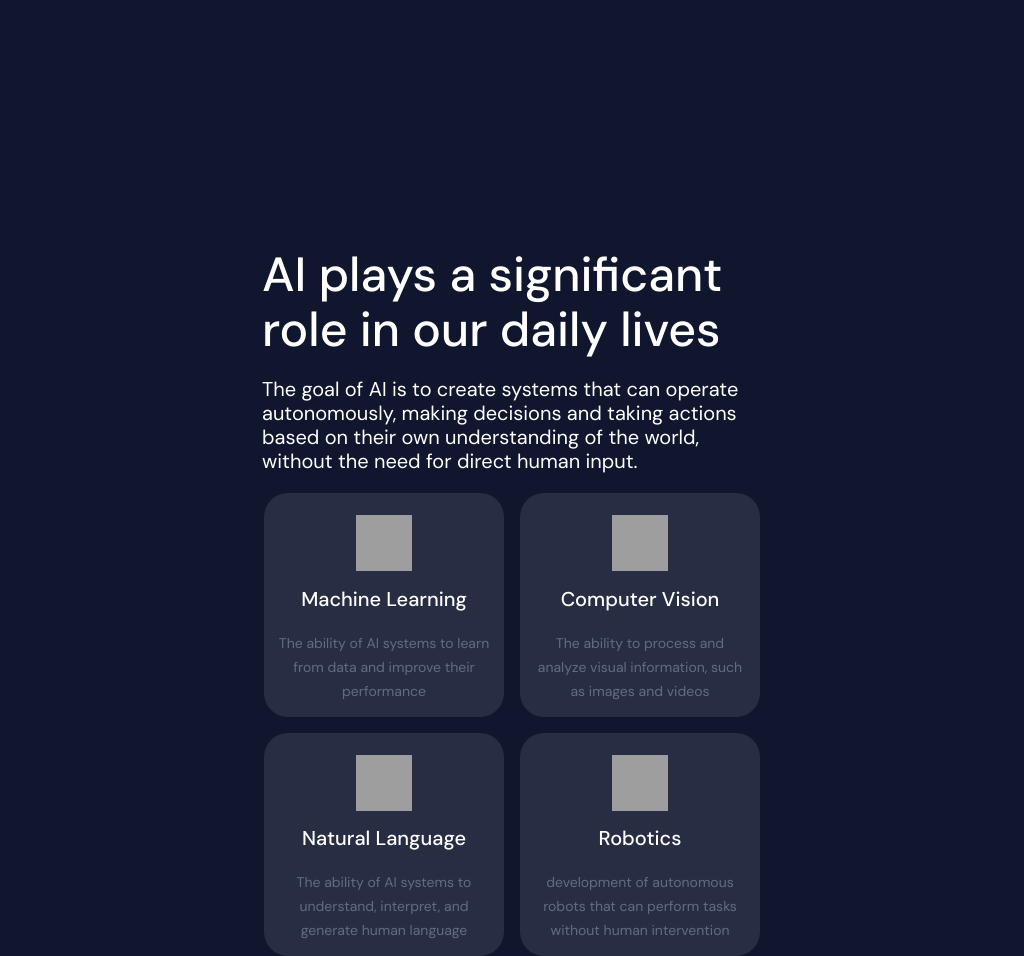
Repository: guli95/four-areas-of-AI-INVO-ACAdemy
Page: /
These files come from the project's save history. The page is drawn as it stood at one moment and after the next save; the edit follows.
The browser window is 1024 px wide. The pictures show the whole page.
Pictures or frames that could not be fetched are drawn as grey boxes. The project was rebuilt for these pictures with package versions that can differ from the ones it lists, and the page was loaded fresh each time.

Above is the page before, as saved 2023-03-13 16:03:00.

### index.html
<!DOCTYPE html>
<html lang="en">

<head>
  <meta charset="UTF-8" />
  <link rel="icon" type="image/svg+xml" href="/vite.svg" />
  <meta name="viewport" content="width=device-width, initial-scale=1.0" />
  <title>Four AI areas</title>
</head>

<!-- In order to start your challenge, remove all the content inside <div id="home-page"></div> and start coding :) -->

<body>
  <div id="home-page">
    <div class="flexbox-container">
      <div class="heading-wrapper">
        <h1 class="heading-title">AI plays a significant role in our daily lives</h1>
        <p class="heading-text">The goal of AI is to create systems that can operate autonomously, making decisions and taking actions based on their own understanding of the world, without the need for direct human input.</p>
      </div>
      <div class="card-container">
        <a href="" class="card-link">
        <div class="card">
          <img src="./public/images/card-icon1.png" alt="" class="card-img" role="presentation">
          <h3 class="card-title">Machine Learning</h3>
          <p class="card-text">The ability of AI systems to learn from data and improve their performance</p>
        </div>
        </a>
        <a href="" class="card-link">
        <div class="card">
          <img src="./public/images/card-icon2.png" alt="" class="card-img" role="presentation">
          <h3 class="card-title">Computer Vision</h3>
          <p class="card-text">The ability to process and analyze visual information, such as images and videos</p>
        </div>
        </a>
        <a href="" class="card-link">
        <div class="card">
          <img src="./public/images/card-icon3.png" alt="" class="card-img" role="presentation">
          <h3 class="card-title">Natural Language</h3>
          <p class="card-text">The ability of AI systems to understand, interpret, and generate human language</p>
        </div>
        </a>
        <a href="" class="card-link">
        <div class="card">
          <img src="./public/images/card-icon4.png" alt="" class="card-img" role="presentation">
          <h3 class="card-title">Robotics</h3>
          <p class="card-text">development of autonomous robots that can perform tasks without human intervention</p>
        </div>
        </a>
      </div>
    </div>
  </div>

  <script type="module" src="/src/global-scripts/main.js"></script>
</body>

</html>

### src/global-scripts/main.js
/// Main JavaScript File
/// Here we import all the global JavaScript files we need for our project.

import "../global-styles/style.scss";
import "../../src/pages/home-page/styles/home-page.scss";

### src/global-styles/style.scss
/// Main Styles File
/// Here we import all the global Styles files we need for our project.

@import "styles/normalize.scss";
@import "styles/root.scss";
@import "styles/fonts.scss";

body {
  font-family: 'DS sans', sans-serif;
  color: var(--color-primary);
}

p {
  color: var(--color-on-surface);
}

### src/pages/home-page/styles/home-page.scss
/// Homepage Styles File
/// Here we import all the Styles files we need for our Homepage.
@import '../../../global-styles/styles/_root.scss';

#home-page{
    color: var(--color-white);
    font-family: 'DM Sans',sans-serif;
    height: 100%;

 .flexbox-container{
    max-width: 1440px;
    padding: 0 20px;
    display: flex;
    justify-content: center;
    margin: 160px auto 0 auto;
    gap: 0px;
    @media screen and (max-width:1191px) {
        flex-direction:column;
        align-items: center;
        margin-top: 247px;
    }
    @media screen and (max-width:480px) {
        padding: 48px 16px;
    }
    .heading-wrapper{
        font-family: "DM Sans", sans-serif;
        text-align: left ;
        vertical-align: top;
        max-width: 480px;
        padding-left: 30px;
        padding-right: 60px;
        @media screen and (max-width:1191px) {
            width: 100%;
            padding: 0 14px;
            max-width: 500px;
        }
        .heading-title{
            font-size: var(--text-xl);
            font-weight: 500;
            line-height: 115%;
            letter-spacing: 0.2%;
            margin: 0 0 24px 0;
            @media screen and (max-width:1191px) {
                margin-bottom: 10px;

            }
            @media screen and (max-width:480px) {
                font-size: var(--text-l);
            }
        }
        .heading-text{
            font-size: var(--text-m);
            line-height: 24px;
            font-weight: 300;

        }
        @media screen and (max-width:480px) {
            font-size: var(--text-s);
        }
    }
    .card-container{
        display: flex;
        justify-content: center;
        flex-wrap: wrap;
        gap: 24px;
        max-width: 620px;
        @media screen and (max-width:1191px) {
            width: 100%;
            gap:16px;
            max-width: 500px;
        }
        .card-link{
            display: flex;
            color: var(--color-white);
            text-decoration: none;
            flex-direction: column;
            // justify-content: space-evenly;
            align-items: center;
            max-width: 240px;
            max-width: 250px;
            min-height: 200px;
            padding: 22px 10px;
            background-color:var(--color-secondary-grey);
            text-align: center;
            border-radius: var(--rounding-big);
            transition: .2s;
            &:hover{
                background-color: lighten($color: #272D42, $amount: 10) ;
            }
            @media screen and (max-width:1191px) {
                max-width: 220px;
                padding-bottom: 0;
                justify-content: flex-start;
            }
            @media screen and (max-width:480px) {
                width: 100%;
                min-height:auto;
            }
            .card-img{
                width: 64px;
                height: 64px;
                @media screen and (max-width:1024px) {
                    width: 56px;
                    height: 56px;
                }
            }
            .card-title{
                font-size: var(--text-m);
                font-weight: 500;
                margin-top: 12px;
            }
            .card-text{
                font-size: var(--text-s);
                mix-blend-mode:soft-light;
                line-height: 24px;
                @media screen and (max-width:1024px) {
                    font-size: var(--text-xs);
                }
            }
        }

    }
}

}

### src/global-styles/styles/normalize.scss
/*! normalize.css v8.0.1 | MIT License | github.com/necolas/normalize.css */

/* Document
   ========================================================================== */

/**
 * 1. Correct the line height in all browsers.
 * 2. Prevent adjustments of font size after orientation changes in iOS.
 */

html {
  line-height: 1.15; /* 1 */
  -webkit-text-size-adjust: 100%; /* 2 */
  background-color: var(--color-primary-dark-blue);
}

/* Sections
   ========================================================================== */

/**
 * Remove the margin in all browsers.
 */

body {
  margin: 0;
}

/**
 * Render the `main` element consistently in IE.
 */

main {
  display: block;
}

/**
 * Correct the font size and margin on `h1` elements within `section` and
 * `article` contexts in Chrome, Firefox, and Safari.
 */

h1 {
  font-size: 2em;
  margin: 0.67em 0;
}

/* Grouping content
   ========================================================================== */

/**
 * 1. Add the correct box sizing in Firefox.
 * 2. Show the overflow in Edge and IE.
 */

hr {
  box-sizing: content-box; /* 1 */
  height: 0; /* 1 */
  overflow: visible; /* 2 */
}

/**
 * 1. Correct the inheritance and scaling of font size in all browsers.
 * 2. Correct the odd `em` font sizing in all browsers.
 */

pre {
  font-family: monospace, monospace; /* 1 */
  font-size: 1em; /* 2 */
}

/* Text-level semantics
   ========================================================================== */

/**
 * Remove the gray background on active links in IE 10.
 */

a {
  background-color: transparent;
}

/**
 * 1. Remove the bottom border in Chrome 57-
 * 2. Add the correct text decoration in Chrome, Edge, IE, Opera, and Safari.
 */

abbr[title] {
  border-bottom: none; /* 1 */
  text-decoration: underline; /* 2 */
  text-decoration: underline dotted; /* 2 */
}

/**
 * Add the correct font weight in Chrome, Edge, and Safari.
 */

b,
strong {
  font-weight: bolder;
}

/**
 * 1. Correct the inheritance and scaling of font size in all browsers.
 * 2. Correct the odd `em` font sizing in all browsers.
 */

code,
kbd,
samp {
  font-family: monospace, monospace; /* 1 */
  font-size: 1em; /* 2 */
}

/**
 * Add the correct font size in all browsers.
 */

small {
  font-size: 80%;
}

/**
 * Prevent `sub` and `sup` elements from affecting the line height in
 * all browsers.
 */

sub,
sup {
  font-size: 75%;
  line-height: 0;
  position: relative;
  vertical-align: baseline;
}

sub {
  bottom: -0.25em;
}

sup {
  top: -0.5em;
}

/* Embedded content
   ========================================================================== */

/**
 * Remove the border on images inside links in IE 10.
 */

img {
  border-style: none;
}

/* Forms
   ========================================================================== */

/**
 * 1. Change the font styles in all browsers.
 * 2. Remove the margin in Firefox and Safari.
 */

button,
input,
optgroup,
select,
textarea {
  font-family: inherit; /* 1 */
  font-size: 100%; /* 1 */
  line-height: 1.15; /* 1 */
  margin: 0; /* 2 */
}

/**
 * Show the overflow in IE.
 * 1. Show the overflow in Edge.
 */

button,
input { /* 1 */
  overflow: visible;
}

/**
 * Remove the inheritance of text transform in Edge, Firefox, and IE.
 * 1. Remove the inheritance of text transform in Firefox.
 */

button,
select { /* 1 */
  text-transform: none;
}

/**
 * Correct the inability to style clickable types in iOS and Safari.
 */

button,
[type="button"],
[type="reset"],
[type="submit"] {
  -webkit-appearance: button;
}

/**
 * Remove the inner border and padding in Firefox.
 */

button::-moz-focus-inner,
[type="button"]::-moz-focus-inner,
[type="reset"]::-moz-focus-inner,
[type="submit"]::-moz-focus-inner {
  border-style: none;
  padding: 0;
}

/**
 * Restore the focus styles unset by the previous rule.
 */

button:-moz-focusring,
[type="button"]:-moz-focusring,
[type="reset"]:-moz-focusring,
[type="submit"]:-moz-focusring {
  outline: 1px dotted ButtonText;
}

/**
 * Correct the padding in Firefox.
 */

fieldset {
  padding: 0.35em 0.75em 0.625em;
}

/**
 * 1. Correct the text wrapping in Edge and IE.
 * 2. Correct the color inheritance from `fieldset` elements in IE.
 * 3. Remove the padding so developers are not caught out when they zero out
 *    `fieldset` elements in all browsers.
 */

legend {
  box-sizing: border-box; /* 1 */
  color: inherit; /* 2 */
  display: table; /* 1 */
  max-width: 100%; /* 1 */
  padding: 0; /* 3 */
  white-space: normal; /* 1 */
}

/**
 * Add the correct vertical alignment in Chrome, Firefox, and Opera.
 */

progress {
  vertical-align: baseline;
}

/**
 * Remove the default vertical scrollbar in IE 10+.
 */

textarea {
  overflow: auto;
}

/**
 * 1. Add the correct box sizing in IE 10.
 * 2. Remove the padding in IE 10.
 */

[type="checkbox"],
[type="radio"] {
  box-sizing: border-box; /* 1 */
  padding: 0; /* 2 */
}

/**
 * Correct the cursor style of increment and decrement buttons in Chrome.
 */

[type="number"]::-webkit-inner-spin-button,
[type="number"]::-webkit-outer-spin-button {
  height: auto;
}

/**
 * 1. Correct the odd appearance in Chrome and Safari.
 * 2. Correct the outline style in Safari.
 */

[type="search"] {
  -webkit-appearance: textfield; /* 1 */
  outline-offset: -2px; /* 2 */
}

/**
 * Remove the inner padding in Chrome and Safari on macOS.
 */

[type="search"]::-webkit-search-decoration {
  -webkit-appearance: none;
}

/**
 * 1. Correct the inability to style clickable types in iOS and Safari.
 * 2. Change font properties to `inherit` in Safari.
 */

::-webkit-file-upload-button {
  -webkit-appearance: button; /* 1 */
  font: inherit; /* 2 */
}

/* Interactive
   ========================================================================== */

/*
 * Add the correct display in Edge, IE 10+, and Firefox.
 */

details {
  display: block;
}

/*
 * Add the correct display in all browsers.
 */

summary {
  display: list-item;
}

/* Misc
   ========================================================================== */

/**
 * Add the correct display in IE 10+.
 */

template {
  display: none;
}

/**
 * Add the correct display in IE 10.
 */

[hidden] {
  display: none;
}

### src/global-styles/styles/root.scss
/// Root Styles file
/// Here we define all the root variables we need for our project.
/// For examples see Material Design color system: https://m2.material.io/design/color/the-color-system.html

:root {
    $--color-primary-dark-blue: #0F162D !global;
    --color-primary-pink: #CA59FF;
    --color-primary-purple: #6C7CFF;
    --color-primary-green: #2AFFFF;
    --color-primary-yellow: #FFF629;
    --color-white: #FFFFFF;
    --color-black: #000;
    --color-secondary-grey:#272D42;

}

### src/global-styles/styles/fonts.scss
/// Main Fonts File
/// Here we import all the fonts files we need for our project.

@import url('https://fonts.googleapis.com/css2?family=Roboto:ital,wght@0,100;0,300;0,400;0,500;0,700;0,900;1,100;1,300;1,400;1,500;1,700;1,900&display=swap');
@import url('https://fonts.googleapis.com/css2?family=DM+Sans:wght@400;500&display=swap');

### src/global-styles/styles/_root.scss
/// Root Styles file
/// Here we define all the root variables we need for our project.
/// For examples see Material Design color system: https://m2.material.io/design/color/the-color-system.html

:root {
    //colors
    --color-primary-dark-blue: #0F162D ;
    --color-primary-pink: #CA59FF;
    --color-primary-purple: #6C7CFF;
    --color-primary-green: #2AFFFF;
    --color-primary-yellow: #FFF629;
    --color-white: #FFFFFF;
    --color-black: #000;
    --color-secondary-grey:#272D42;

    //font-size
    --text-xl:48px;
    --text-l:32px;
    --text-m:20px;
    --text-s:16px;
    --text-xs:14px;

    //rounding
    --rounding-big:24px;
    --rounding-small:16px;
}

After the next save:
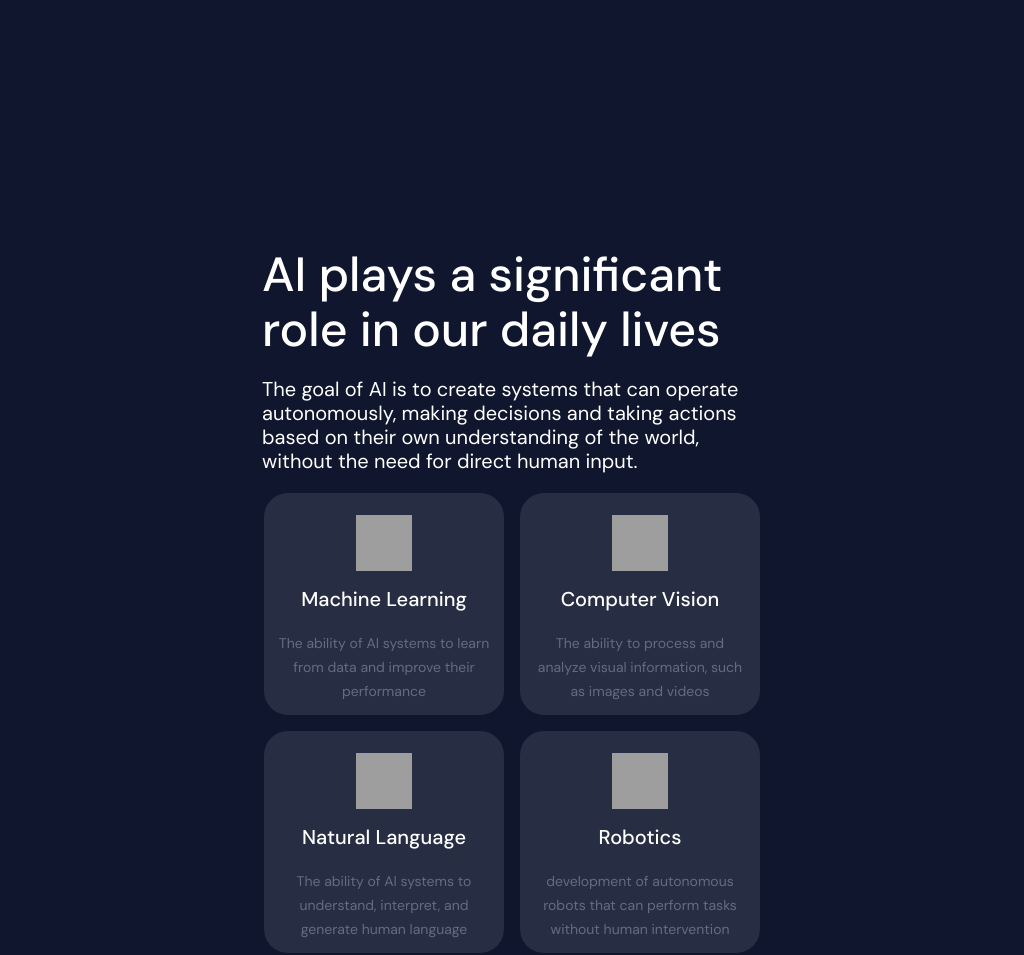
Saved 41 s later.
--- a/src/pages/home-page/styles/home-page.scss
+++ b/src/pages/home-page/styles/home-page.scss
@@ -74,7 +74,6 @@
             color: var(--color-white);
             text-decoration: none;
             flex-direction: column;
-            // justify-content: space-evenly;
             align-items: center;
             max-width: 240px;
             max-width: 250px;
@@ -91,6 +90,7 @@
                 max-width: 220px;
                 padding-bottom: 0;
                 justify-content: flex-start;
+                max-height: 200px;
             }
             @media screen and (max-width:480px) {
                 width: 100%;

After the save that followed:
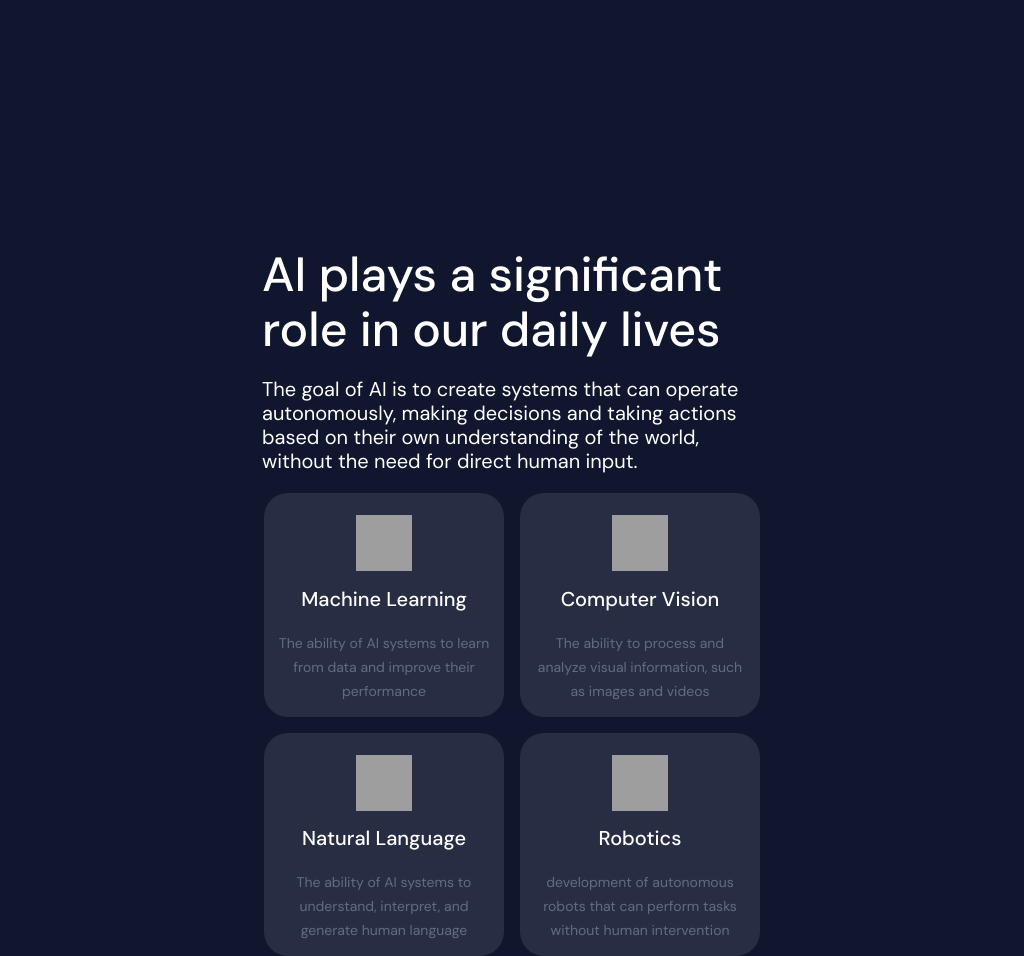
Saved 22 s later.
--- a/src/pages/home-page/styles/home-page.scss
+++ b/src/pages/home-page/styles/home-page.scss
@@ -90,7 +90,7 @@
                 max-width: 220px;
                 padding-bottom: 0;
                 justify-content: flex-start;
-                max-height: 200px;
+                min-height: auto;
             }
             @media screen and (max-width:480px) {
                 width: 100%;
